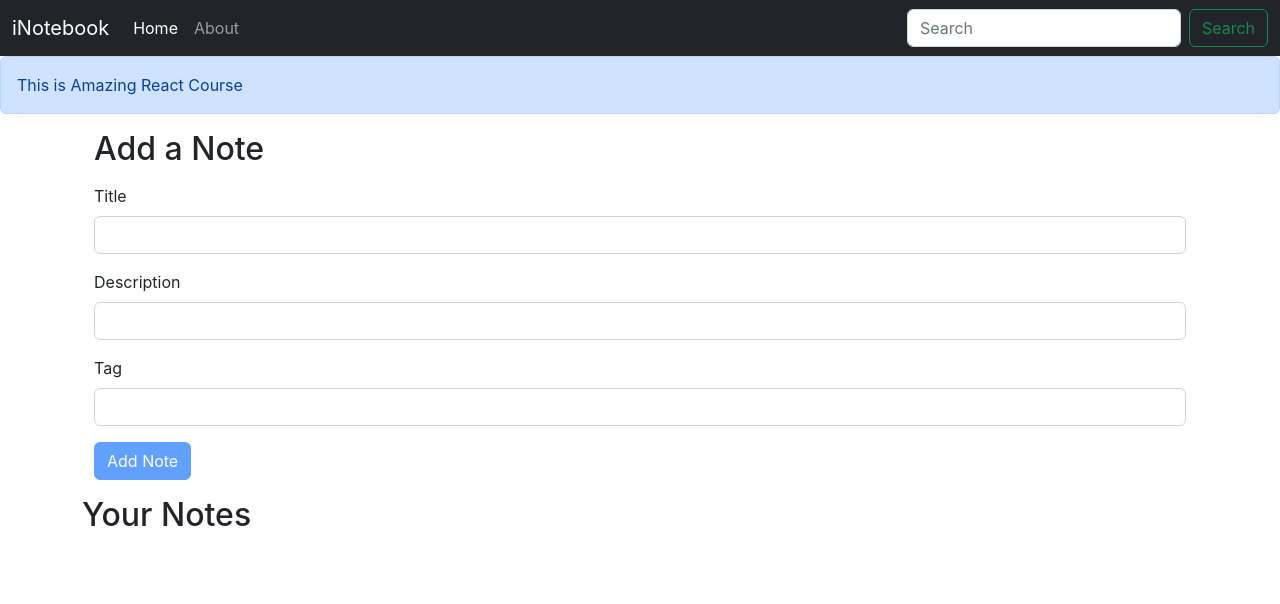
Repository: SatishPatil108/iNotebook-React
Page: /
These files come from the project's save history. The page is drawn as it stood at one moment and after the next save; the edit follows.
The browser window is 1280 px wide. The pictures show the whole page.
The page's requests for data from a server got no answer. Some web libraries are served in a nearby version. The project was rebuilt for these pictures with package versions that can differ from the ones it lists, and the page was loaded fresh each time. No one was signed in, and anything a server would have sent is missing. Also part of the build but not shown: src/App.css, src/components/Noteitem.js, src/components/About.js.

Above is the page before, as saved 2022-07-28 22:37:58.

After the next save:
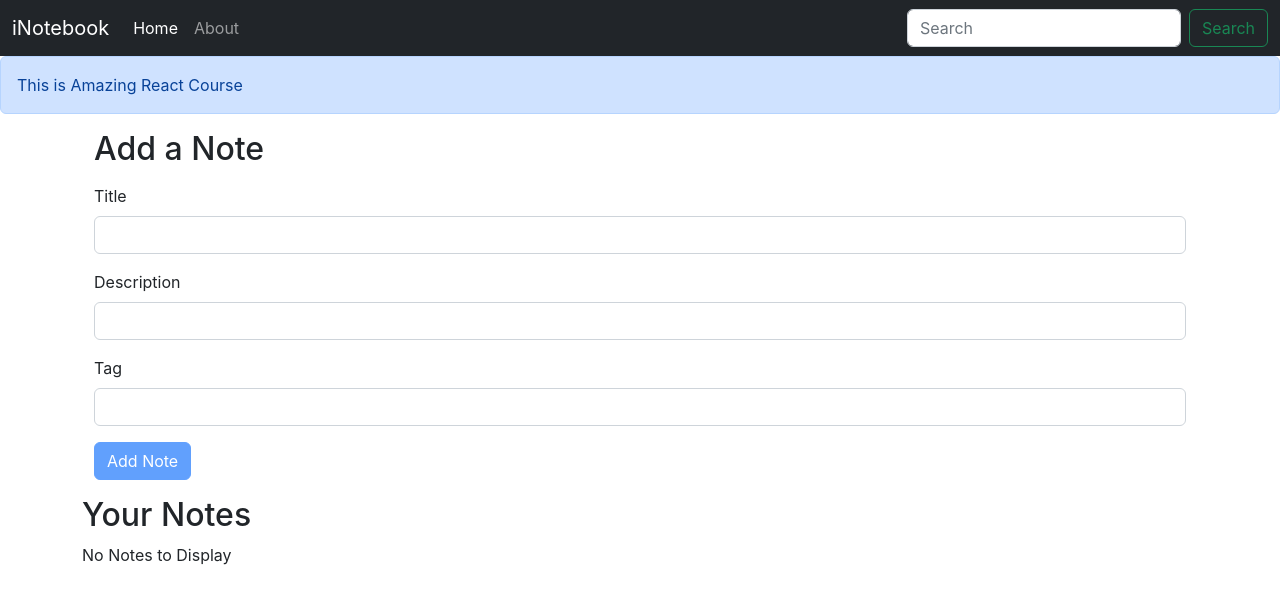
Saved 3 min 9 s later.
--- a/src/components/Notes.js
+++ b/src/components/Notes.js
@@ -71,6 +71,9 @@ const Notes = () => {
             </div>
             <div className="row my-3">
                 <h2>Your Notes</h2>
+                <div className="container">
+                    {notes.length === 0 && 'No Notes to Display'}
+                </div>
                 {notes?.map((note) => {
                     return <Noteitem key={note._id} updateNote={updateNote} note={note} />
                 })}
